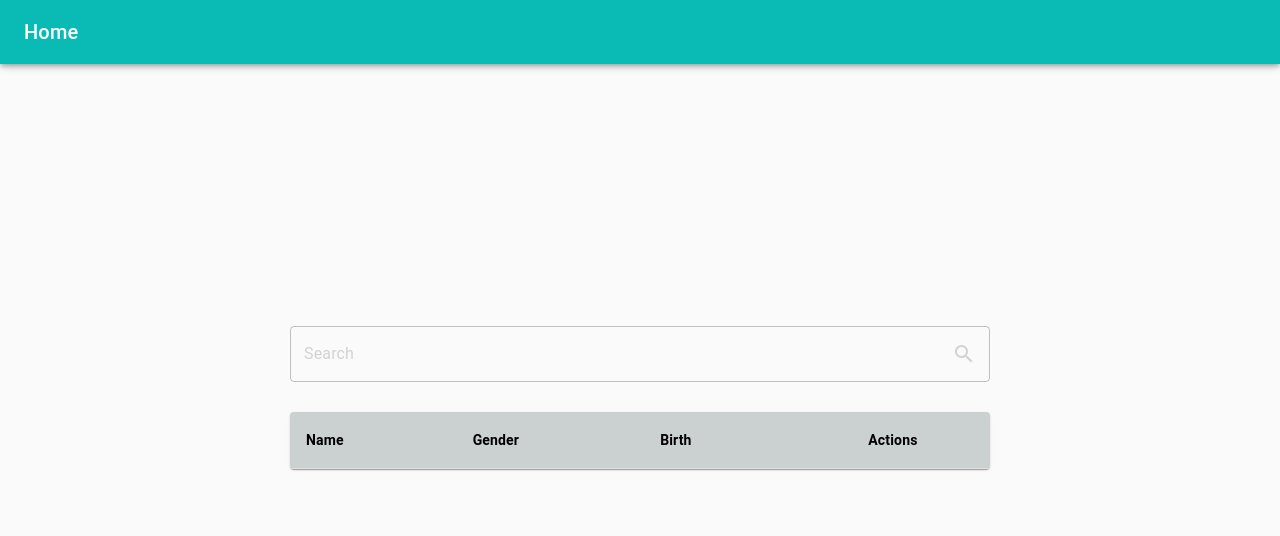
Repository: GabrielBrandaoProjetos/patient-manager
Page: /
These files come from the project's save history. The page is drawn as it stood at one moment and after the next save; the edit follows.
The browser window is 1280 px wide. The pictures show the whole page.
The page's requests for data from a server got no answer. The project was rebuilt for these pictures with package versions that can differ from the ones it lists, and the page was loaded fresh each time. No one was signed in, and anything a server would have sent is missing. Also part of the build but not shown: src/components/Modal/PatientModal.style.ts, src/components/Modal/PatientModal.tsx.

Above is the page before, as saved 2021-09-17 04:06:12.

### public/index.html
<!DOCTYPE html>
<html lang="en">
  <head>
    <meta charset="utf-8" />
    <meta name="viewport" content="minimum-scale=1, width=device-width, initial-scale=1" />
    <meta name="theme-color" content="#000000" />

    <title>React App</title>
  </head>
  <body>
    <noscript>You need to enable JavaScript to run this app.</noscript>
    <div id="root"></div>
  </body>
</html>

### src/App.tsx
import React from 'react';
import { CssBaseline } from '@material-ui/core';
import { Home } from './pages/Home/Home';
import { TableProvider } from './contexts/TableContext';


function App() {
  return (
    <>
    <TableProvider>
      <CssBaseline />
      <Home />
    </TableProvider>
    </>
  );
}

export default App;

### src/pages/Home/Home.tsx
import React, { useEffect, useRef, useState } from 'react';
import { AppBar, Button, FormControl, InputAdornment, InputLabel, OutlinedInput, Paper, Table, TableBody, TableCell, TableContainer, TableHead, TableRow, Toolbar, Typography } from '@material-ui/core';
import {Search, ReplayRounded} from '@material-ui/icons';
import { useTableContext } from '../../contexts/TableContext';
import PatientModal, { ModalHandles} from '../../components/Modal/PatientModal';
import {BrowserRouter as Router, Route, Switch, Link} from "react-router-dom"
import {InfiniteScroll} from '../../components/InfiniteScroll/InfiniteScroll'

import { useStyles } from './Home.style';


interface Patient {
  id:{
    value: string;
  }
  login:{
    uuid: string;
  }
  name: {
    title: string;
    first: string;
    last: string;
  }
  gender: string;
  dob: {
    age: number;
  }
}

export const Home = () => {
  const classes = useStyles();

  const {patients, resultSearch, loadingMore, filterByString, handlePatientDetails} = useTableContext()
  const [loading, setLoading] = useState(false)
  const modalRef = useRef<ModalHandles>(null)

  useEffect(() => {
    setLoading(false)
  }, [patients])

  function handleChange(value: string) {
    filterByString(value.trim())
  }

  function handleOpenModal(patient: Object) {
    handlePatientDetails(patient)
    modalRef.current?.openModal()
  }

  function fetchMore() {
    setLoading(true)
    loadingMore()
  }

  return(
    <Router>
    <div className={classes.root}>
      <AppBar className={classes.header}>
        <Toolbar>
          <Typography variant="h6" className={classes.title}>
            Home
          </Typography>
        </Toolbar>
      </AppBar>

      <FormControl className={classes.form} variant="outlined">
        <InputLabel className={classes.inputLabel} htmlFor="outlined-adornment-search">Search</InputLabel>
        <OutlinedInput
          classes={{root: classes.outlinedInput}}
          id="outlined-adornment-search"
          type="search"
          onChange={(e) => handleChange(e.target.value)}
          endAdornment={
            <InputAdornment position="end">
              <Search className={classes.search}/>
            </InputAdornment>
          }
          labelWidth={70}
        />
      </FormControl>

      <TableContainer component={Paper} className={classes.tableContainer}>
        <Table aria-label="simple table" id="table">
          <TableHead>
            <TableRow className={classes.row}>
              <TableCell className={classes.cellHeader}>Name</TableCell>
              <TableCell className={classes.cellHeader}>Gender</TableCell>
              <TableCell className={classes.cellHeader}>Birth</TableCell>
              <TableCell align="center" className={classes.cellHeader}>Actions</TableCell>
            </TableRow>
          </TableHead>
          <TableBody>
            {resultSearch.length > 0 ? (
              resultSearch.map((patient: Patient) => (
                <TableRow key={patient.login.uuid} className={classes.rowBody}>
                  <TableCell component="th" className={classes.cellBody}>
                    {patient.name.title}. {patient.name.first} {patient.name.last}
                  </TableCell>
                  <TableCell className={classes.cellBody}>{patient.gender}</TableCell>
                  <TableCell className={classes.cellBody}>{patient.dob.age}</TableCell>
                  <TableCell align="center" className={classes.actions}>
                  <Button
                        variant="contained"
                        disableElevation
                        disabled={!patient?.id?.value}
                        className={classes.buttonShow}
                        onClick={() => handleOpenModal(patient)}
                      >
                        <Link to={patient?.id?.value} className={classes.link}>show</Link>
                      </Button>
                  </TableCell>
                </TableRow>
              ))
            ) : (
              patients.map((patient: Patient) => (
                <TableRow key={patient.login.uuid} className={classes.rowBody}>
                  <TableCell component="th" className={classes.cellBody}>
                    {patient.name.title}. {patient.name.first} {patient.name.last}
                  </TableCell>
                  <TableCell className={classes.cellBody}>{patient.gender}</TableCell>
                  <TableCell className={classes.cellBody}>{patient.dob.age}</TableCell>
                  <TableCell align="center" className={classes.actions}>
                      <Button
                        variant="contained"
                        disableElevation
                        disabled={!patient?.id?.value}
                        className={classes.buttonShow}
                        onClick={() => handleOpenModal(patient)}
                      >
                        <Link to={patient?.id?.value} className={classes.link}>show</Link>
                      </Button>
                  </TableCell>
                </TableRow>

              ))
            )}
          </TableBody>
          {patients.length > 0 && !loading && resultSearch.length === 0 && (
            <InfiniteScroll fetchMore={fetchMore}/>
          )}
        </Table>
      </TableContainer>

      {loading && (
        <Button
          className={classes.buttonLoading}
          startIcon={<ReplayRounded/>}
          onClick={loadingMore}
        >
          Loading more
        </Button>
      )}

      <Switch>
        <Route path="/:id">
          <PatientModal ref={modalRef}/>
        </Route>
      </Switch>
    </div>
    </Router>
  )
}

### src/contexts/TableContext.tsx
import { createContext, useContext, useEffect, useState } from "react";
import { searchPatients } from "../services/api";

interface TableContextData{
	patients: any[]
  patientDetails: any
  resultSearch: any[]
  loadingMore: () => void
  filterByString: (value: string) => void
  handlePatientDetails: (patient: Object) => void
  getPatientByID: (id: string) => void
}

const TableContext = createContext<TableContextData>({} as TableContextData)

export const TableProvider: React.FC = ({children}) => {
  const [patients, setPatients] = useState<any[]>([])
  const [patientDetails, setPatientDetails] = useState<any>(null)
  const [resultSearch, setResultSearch] = useState<any[]>([])
  const [page, setPage] = useState(0)

  useEffect(() => {
    handleSearchPatients()
  }, [])

  async function handleSearchPatients() {
    const {results, info} = await searchPatients(page)
    setPatients(results)
    setPage(info.page)
  }

  async function loadingMore() {
    const {results, info} = await searchPatients(page+1)
    setPatients([...patients, ...results])
    setPage(info.page)
  }

  function filterByString(value: string) {
    const newList = patients.filter((patient) => {
      const name = patient.name.first
      if(name.includes(value, 0)){
        return true
      }else{
        return false
      }
    })
    setResultSearch(newList)
  }

  function handlePatientDetails(patient: Object) {
    setPatientDetails(patient)
  }

  async function getPatientByID(id: string){
    patients.forEach((patient) => {
      if(patient.id.value === id){
        setPatientDetails(patient)
      }
    })
  }

  return (
    <TableContext.Provider value={{
      patients,
      patientDetails,
      resultSearch,
      loadingMore,
      filterByString,
      handlePatientDetails,
      getPatientByID
    }}>
      {children}
    </TableContext.Provider>
  )
}

export function useTableContext(){
	const context = useContext(TableContext)
	return context
}

### src/pages/Home/Home.style.ts
import { createStyles, makeStyles, Theme } from '@material-ui/core/styles';


export const useStyles = makeStyles((theme: Theme) =>
createStyles({
  root: {
    width: '100vw',
    height: '100vh',
    display: 'flex',
    flexDirection: 'column',
    alignItems: 'center',
    justifyContent: 'center',
    padding: "0 16px"
  },
  header: {
    backgroundColor: "#0abab5"
  },
  title: {
    flexGrow: 1,
  },
  form: {
    maxWidth: 700,
    width: "100%",
    marginTop: 94,
  },
  inputLabel: {
    color: "#d2d2d2"
  },
  outlinedInput: {

  },
  search: {
    color: "#d2d2d2",
  },
  tableContainer: {
    maxWidth: 700,
    width: "100%",

    marginTop: 30,
    marginBottom: 20,
    backgroundColor: "#fafafa",
  },
  row: {
    color: "black",
    background: "#cbd0d0",
  },
  rowBody: {
    '&:nth-of-type(odd)': {
      backgroundColor: "#f2f2f2",
    }
  },
  cellHeader: {
    color: "black",
    fontWeight: "bold",
  },
  cellBody: {
    color: "black",
  },
  actions: {
    padding: 0
  },
  link:{
    color: "white",
    textDecoration: "none"
  },
  buttonShow: {
    padding: "4px 16px",
    textTransform: "none",
    background: "#0abab5",
  },
  buttonLoading: {
    color: "#78797a",
  },
}),
);

### src/services/api.ts
import axios from 'axios';

const api = axios.create({
    baseURL: 'https://randomuser.me/api/',
})


export async function searchPatients(page: number){
  const response = await api.get(`?seed=test&results=50&page=${page}`)
  return response.data
}

### src/components/InfiniteScroll/InfiniteScroll.tsx
import { useEffect, useRef } from "react";


interface InfiniteScrollProps{
  fetchMore: () => void;
}

export const InfiniteScroll: React.FC<InfiniteScrollProps> = ({fetchMore}) => {
  const divRef = useRef<HTMLDivElement>(null)

  useEffect(() => {
    const options = {
      root: null,
      rootMargin: '0px',
      threshold: 1.0
    }

    const observer = new IntersectionObserver(([entry]) => {
      if(entry.isIntersecting){
        observer.disconnect()
        fetchMore()
      }
    }, options);
    divRef.current && observer.observe(divRef.current)

    return () => {
      observer.disconnect()
    }
  }, [])
  return <div ref={divRef}/>
}

Loaded but not shown: src/index.tsx (common file); src/reportWebVitals.ts (common file)

After the next save:
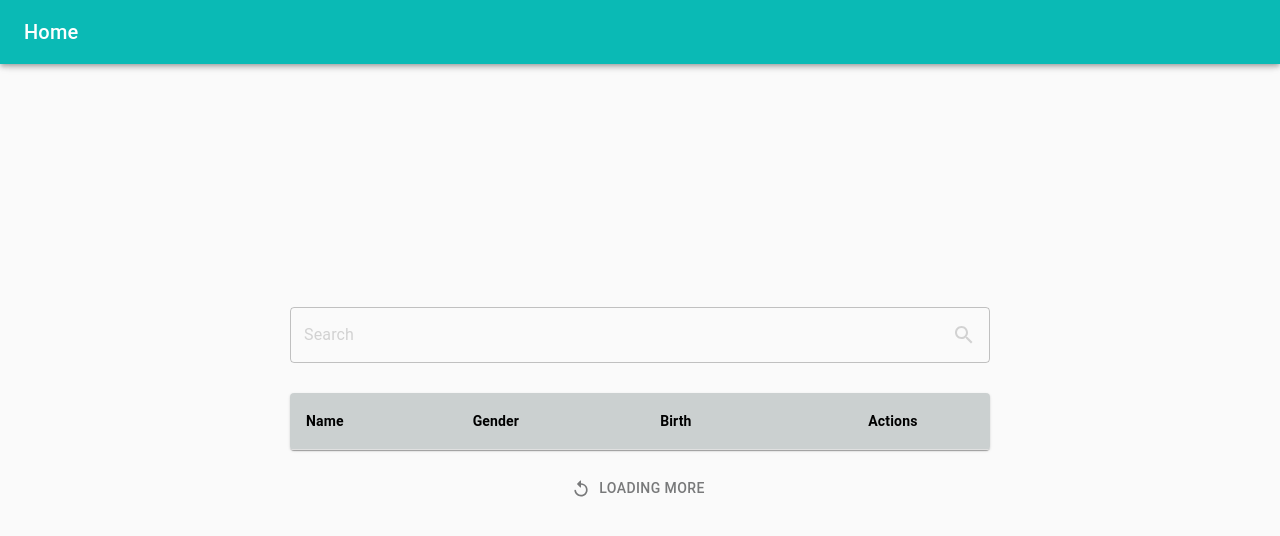
Saved 81 s later.
--- a/src/pages/Home/Home.tsx
+++ b/src/pages/Home/Home.tsx
@@ -135,7 +135,7 @@
               ))
             )}
           </TableBody>
-          {patients.length > 0 && !loading && resultSearch.length === 0 && (
+          { resultSearch.length === 0 && (
             <InfiniteScroll fetchMore={fetchMore}/>
           )}
         </Table>

After the save that followed:
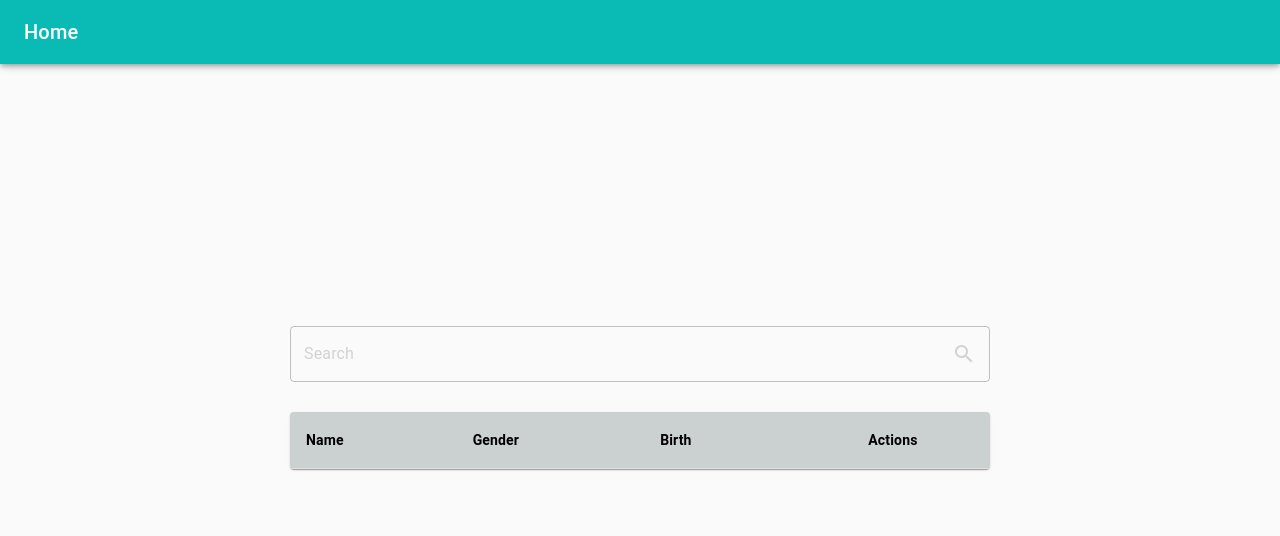
Saved 25 s later.
--- a/src/pages/Home/Home.tsx
+++ b/src/pages/Home/Home.tsx
@@ -135,7 +135,7 @@
               ))
             )}
           </TableBody>
-          { resultSearch.length === 0 && (
+          {patients.length > 0 && !loading && resultSearch.length === 0 && (
             <InfiniteScroll fetchMore={fetchMore}/>
           )}
         </Table>
